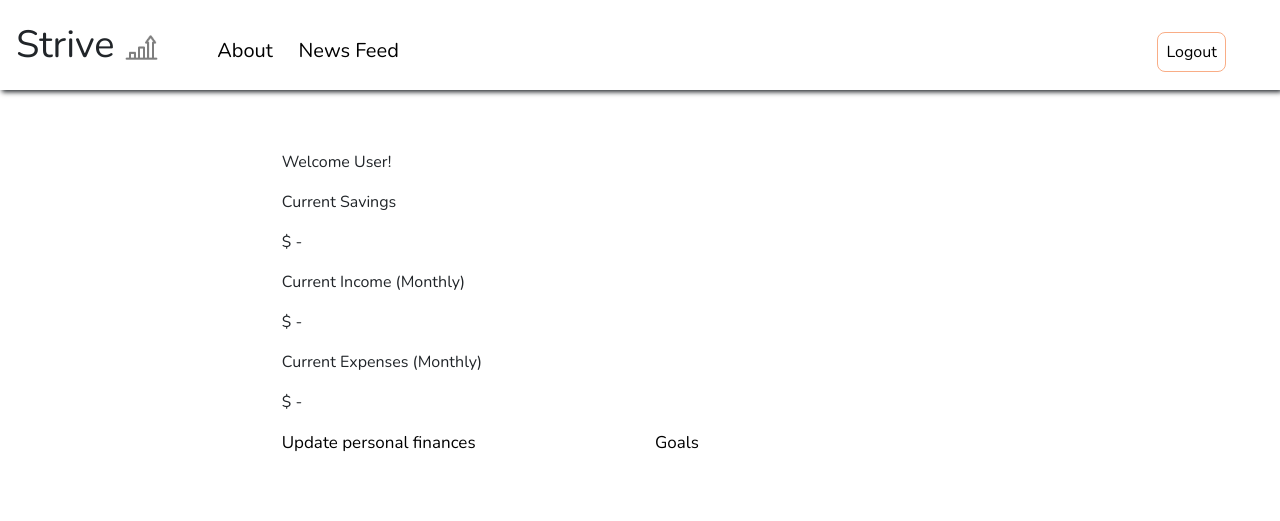
Repository: NoraOK/Strive
Page: http://localhost/strive/WEB-INF/strive/userHome.jsp
An editor plug-in stored every save of this project. The page is shown before and after the next save, followed by the edit.
The browser window is 1280 px wide. The pictures show the whole page.
The page is served by Tomcat 9. Nobody is signed in. The template is opened directly, without the code that normally fills it, so the values that code supplies are empty.

Above is the page before, as saved 2019-12-18 23:19:45.

After the next save:
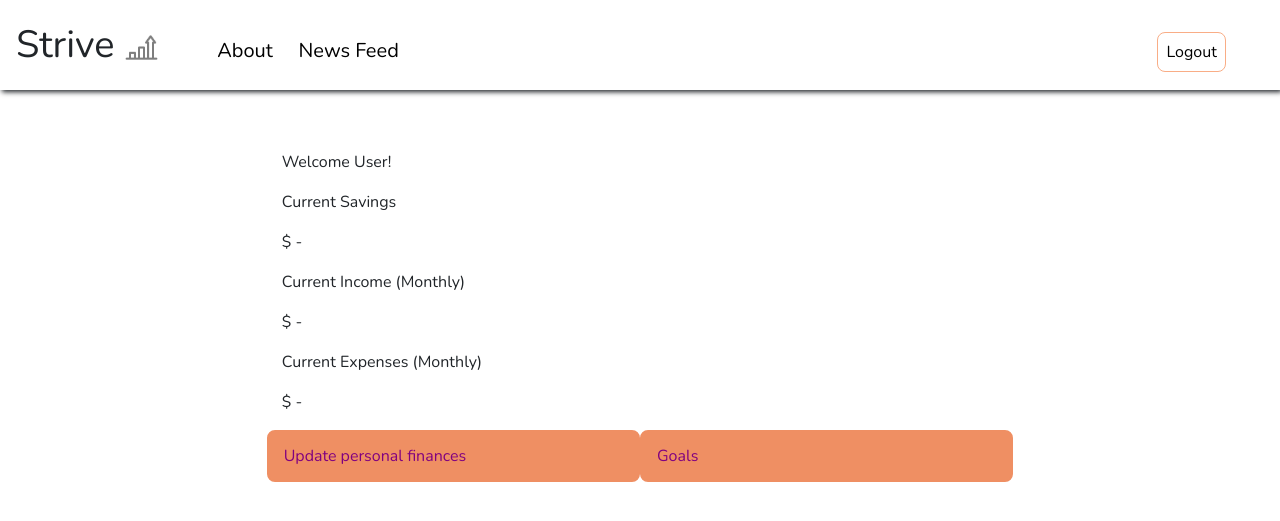
Saved 1 s later.
--- a/strive/src/main/webapp/WEB-INF/strive/userHome.jsp
+++ b/strive/src/main/webapp/WEB-INF/strive/userHome.jsp
@@ -28,8 +28,8 @@
 			<p>$ - </p>
 		</div>
 		<div class="row">
-			<a href="" class="col button">Update personal finances</a>
-			<a href="" class="col button">Goals</a>
+			<a href="" class="col button1">Update personal finances</a>
+			<a href="" class="col button1">Goals</a>
 		</div>
 	</div>
 </body>
